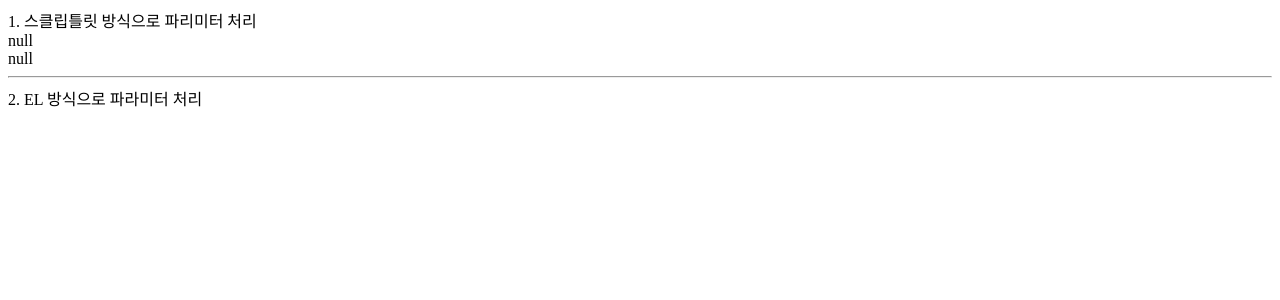
Repository: dhalfks/jsp
Page: http://localhost/web_study/step2_1.jsp
The author's editor kept a copy of each file at every save. The page is drawn from the files as they stood at one save, then again after the next save.
The browser window is 1280 px wide. The pictures show the whole page.
The page is served by Tomcat 9.

Above is the page before, as saved 2022-08-16 03:42:43.

### _jspworkspace(jstl)/web_study/src/main/webapp/step2_1.jsp
<%@ page language="java" contentType="text/html; charset=UTF-8"
    pageEncoding="UTF-8"%>
<!DOCTYPE html>
<html>
<head>
<meta charset="UTF-8">
<title>Insert title here</title>
</head>
<body>

	1. 스클립틀릿 방식으로 파리미터 처리<br>
	<%=request.getParameter("nick") %><br>
	<%=request.getParameter("age") %><br>

	<hr>

	2. EL 방식으로 파라미터 처리<br>
	${param.nick }<br>
	${param.age }<br>

</body>
</html>

After the next save:
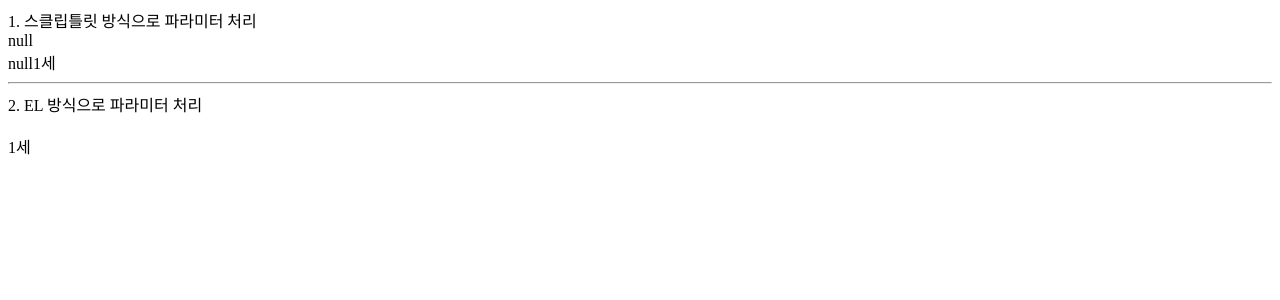
Saved 109 s later.
--- a/_jspworkspace(jstl)/web_study/src/main/webapp/step2_1.jsp
+++ b/_jspworkspace(jstl)/web_study/src/main/webapp/step2_1.jsp
@@ -8,15 +8,15 @@
 </head>
 <body>
 
-	1. 스클립틀릿 방식으로 파리미터 처리<br>
+	1. 스클립틀릿 방식으로 파라미터 처리<br>
 	<%=request.getParameter("nick") %><br>
-	<%=request.getParameter("age") %><br>
+	<%=request.getParameter("age")+1 %>세<br>
 
 	<hr>
 
 	2. EL 방식으로 파라미터 처리<br>
 	${param.nick }<br>
-	${param.age }<br>
+	${param.age+1 }세<br>
 
 </body>
 </html>
